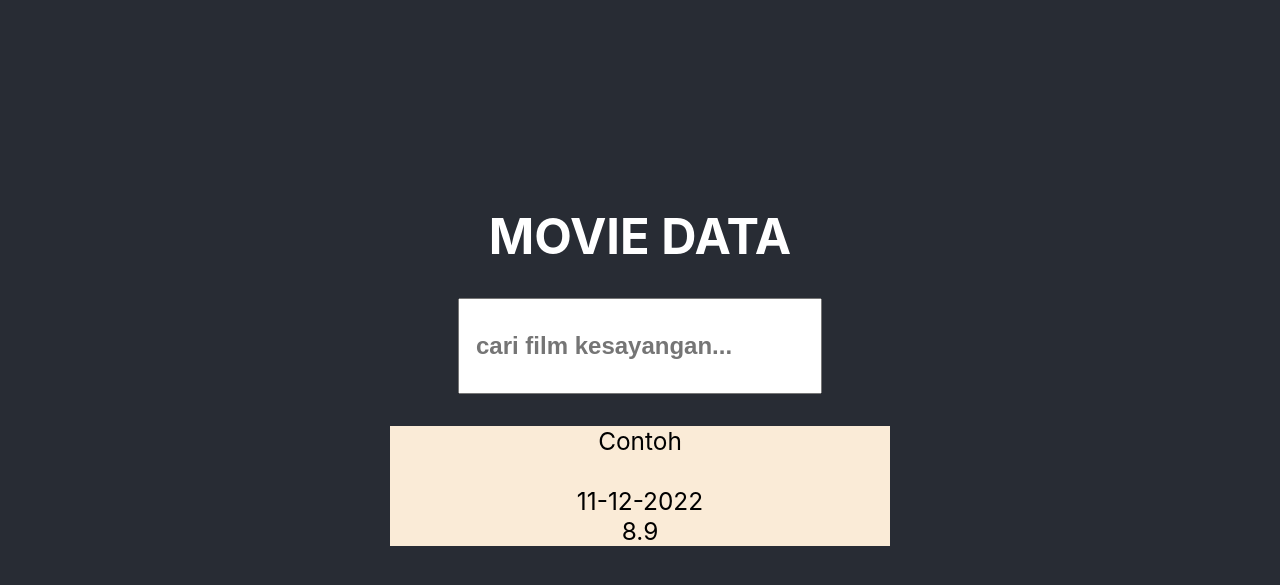
Repository: stevenxylver/movieapi
Page: /
An editor plug-in stored every save of this project. The page is shown before and after the next save, followed by the edit.
The browser window is 1280 px wide. The pictures show the whole page.
The page's requests for data from a server got no answer. The project was rebuilt for these pictures with package versions that can differ from the ones it lists, and the page was loaded fresh each time. No one was signed in, and anything a server would have sent is missing.

Above is the page before, as saved 2023-01-03 16:42:37.

### src/App.js
import './App.css';
import { getMovieList, searchMovie } from './api';
import { useEffect, useState } from 'react';



const App = () => {
  const [popularMovies, setPopularMovies] = useState([])

  useEffect(() => {
    getMovieList().then((result) => {
      setPopularMovies(result)
    })
   }, [])

const popularMoviesList = () => {
  return popularMovies.map((movie, i) => {
    return (
        <div className="Movie-wrapper" key={i}>
          <div className="Movie-title">{movie.title}</div>
          <img className="Movie-image" src={movie.poster_path} />
          <div className="Movie-date">{movie.release_date}</div>
          <div className="Movie-rate">{movie.vote_average}</div>
      </div>
    )
})
  }

const search = (q) => {
  console.log({ q })
}

  return (
    <div className="App">
      <header className="App-header">
      <h1>MOVIE DATA</h1>
      <input
      placeholder="cari film kesayangan..."
      className="Movie-search"
      onChange={({ target }) => search(target.value)}
      />
      <div className="Movie-container">
        <div className="Movie-wrapper">
          <div className="Movie-title">Contoh</div>
          <img className="Movie-image" src="" />
          <div className="Movie-date"> 11-12-2022</div>
          <div className="Movie-rate">8.9</div>
        </div>
      </div>
      </header>
    </div>
  );
}

export default App;

### src/App.css
.App {
  text-align: center;
}



.App-header {
  background-color: #282c34;
  min-height: 100vh;
  display: flex;
  flex-direction: column;
  align-items: center;
  justify-content: center;
  font-size: calc(10px + 2vmin);
  color: white;
}

.App-link {
  color: #61dafb;
}

.Movie-container {
  width: 100%;
  display: flex;
  justify-content: center;
  align-items: center;
  gap: 20px;
}

.Movie-wrapper {
  width: 500px;
  background-color: antiquewhite;
  color: black;
}

.Movie-search {
height: 60px;
font-size: 24px;
margin-bottom: 32px;
padding: 16px;
font-weight: bold;
}

### src/api.js
import axios from "axios"

const apiKey = process.env.REACT_APP_APIKEY
const baseUrl = process.env.REACT_APP_BASEURL

export const getMovieList  = async () => {
    const movie = await axios.get(`${baseUrl}/movie/popular?api_key=${apiKey}`)
    return movie.data.results
}

export const searchMovie = async (q) => {
    const search = await axios.get(q)
    return
}

Loaded but not shown: public/index.html (common file); src/index.js (common file); src/index.css (common file); src/reportWebVitals.js (common file)

After the next save:
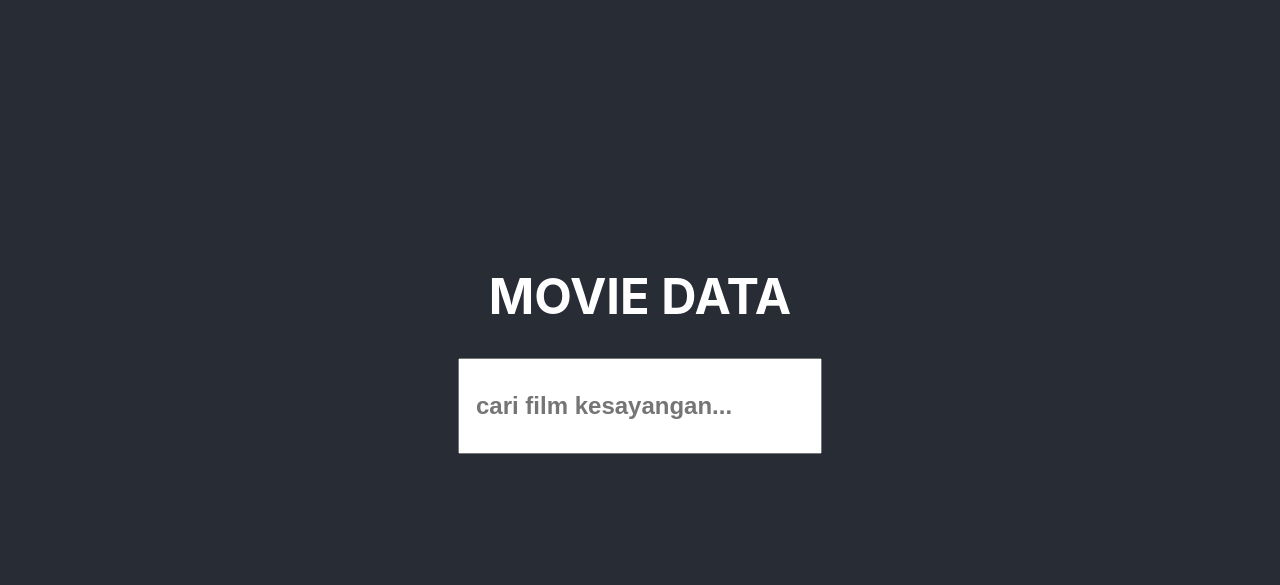
Saved 43 s later.
--- a/src/App.js
+++ b/src/App.js
@@ -40,12 +40,7 @@ const search = (q) => {
       onChange={({ target }) => search(target.value)}
       />
       <div className="Movie-container">
-        <div className="Movie-wrapper">
-          <div className="Movie-title">Contoh</div>
-          <img className="Movie-image" src="" />
-          <div className="Movie-date"> 11-12-2022</div>
-          <div className="Movie-rate">8.9</div>
-        </div>
+
       </div>
       </header>
     </div>
